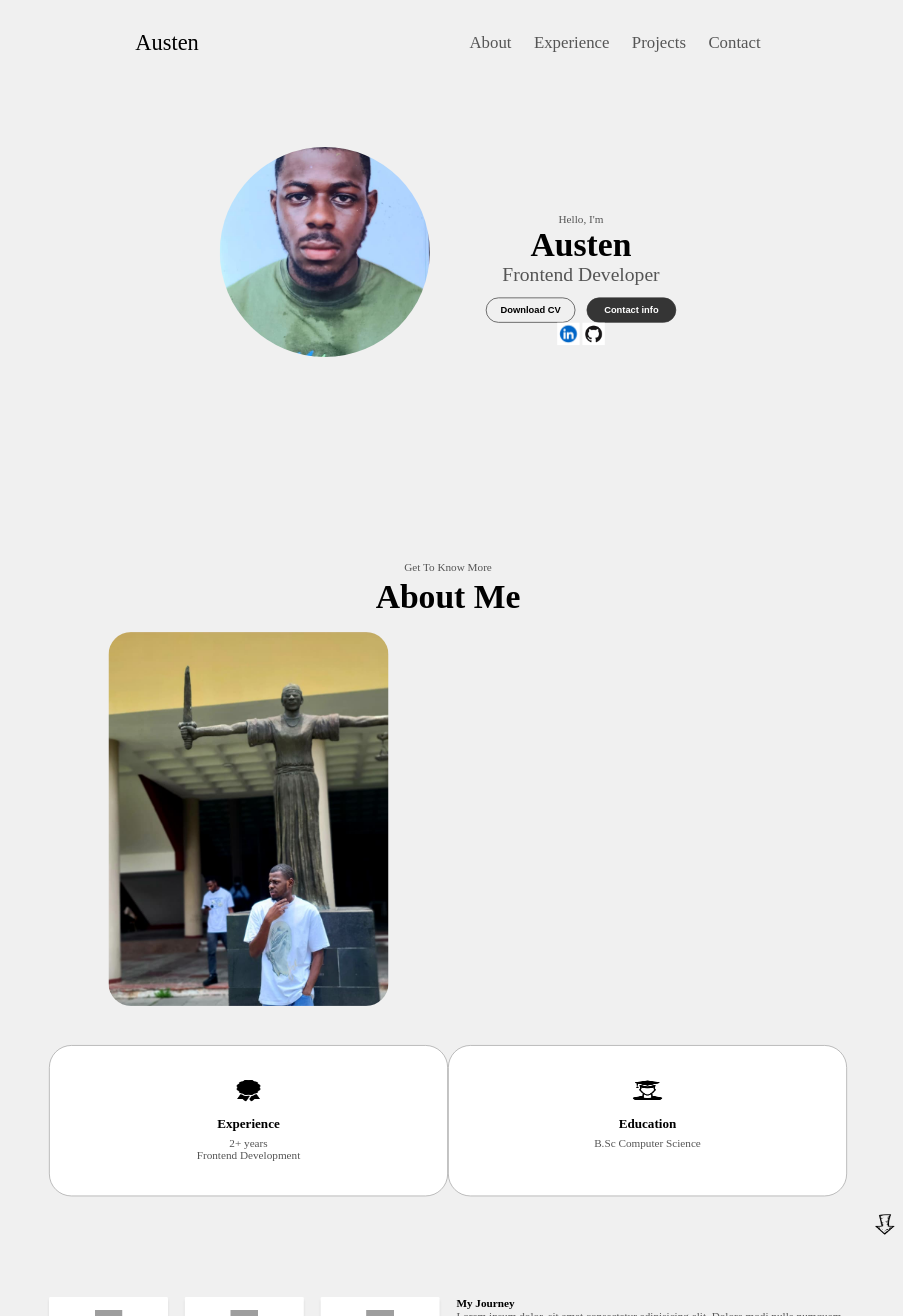
Repository: Austinokezie/Myportfolio
Page: index.html
The author's editor kept a copy of each file at every save. The page is drawn from the files as they stood at one save, then again after the next save.
The browser window is 1280 px wide. The page is 1290 px wide, so the pictures cover 1290 px, including what lies to the right of the window. The pictures show the part of the page from y = 0 to 1880 px (the page is 4729 px tall before and 4844 px after), at 70% of full size.
Pictures or frames that could not be fetched are drawn as grey boxes. Some web fonts or font styles are not loaded; a fallback is used.

Above is the page before, as saved 2025-10-08 15:29:21.

### index.html
<!DOCTYPE html>
<html lang="en">
<head>
    <meta charset="UTF-8">
    <meta name="viewport" content="width=device-width, initial-scale=1.0">
    <title>My Portfolio</title>
    <link rel="stylesheet" href="./style.css">
    <link rel="stylesheet" href="./mediaqueries.css">
    <link rel="stylesheet" href="./lib/css/bootstrap-grid.min.css">
    <link rel="stylesheet" href="./lib/js/bootstrap.bundle.min.js">
</head>
<body>
    <nav id="desktop-nav">
        <div class="logo">Austen</div>
        <div>
            <ul class="nav-links">
                <li><a href="#about"></a>About</li>
                <li><a href="#experience"></a>Experience</li>
                <li><a href="#projects"></a>Projects</li>
                <li><a href="#"></a>Contact</li>
            </ul>
        </div>

    </nav>
    <nav id="hamburger-nav">
        <div class="logo">Austen</div>
        <div class="hamburger-menu">
            <div class="hamburger-icon" onclick="toggleMenu()">
                <span></span>
                <span></span>
                <span></span>
            </div>
            <div class="menu-links">
               <li><a href="#about" onclick="toggleMenu()"></a>About</li>
                <li><a href="#Experience" onclick="toggleMenu()"></a>Experience</li>
                <li><a href="#projects" onclick="toggleMenu()"></a>Projects</li>
                <li><a href="#" onclick="toggleMenu()"></a>Contact</li>
            </div>

        </div>

    </nav>
    <div id="profile">
        <div class="section-pic-container">
            <img src="./Asset/WhatsApp Image 2025-08-16 at 03.11.00_47e76f2f.jpg" alt="Picture">

        </div>
        <div class="section-text">
            <div class="section-text-p1">
                <div class="intro-con">
                    <p class="greet">Hello, I'm </p>
                    <h1 class="title">Austen</h1>
                    <p class="section-text-p2">Frontend Developer</p>

                </div>

                <div class="btn-container">
                    <button class="btn btn-color-2" onclick="window.open('./Asset/AUSTIN EMERENINI')">Download CV</button>
                    <button class="btn btn-color-1" onclick="location.href='./contact'">Contact info</button>
                </div>
                <div id="socials-container">
                    <img src="./Asset/Download Linkedin logo png, Linkedin logo transparent png, Linkedin icon transparent free png.jpeg"
                     alt="My linkedIn"
                     class="icon"
                     onclick="location.href= 'https://www.linkedin.com/in/austin-okezie?utm_source=share&utm_campaign=share_via&utm_content=profile&utm_medium=android_app'" >
                    <img src="./Asset/Build software better, together.jpeg"
                     alt="github"
                     class="icon"
                     onclick="location.href=''"
                    >
                </div>
            </div>
        </div>
    </div>
    <section id="about" class="container py-5">
           <!-- Intro -->
       <div class="about-intro text-center mb-4">
           <p class="section_text_p1 text-uppercase text-muted mb-1">Get To Know More</p>
           <h1 class="title fw-bold">About Me</h1>
       </div>

      <!-- Section Container -->


      <div class="col-12">


       <div class="section_container row align-items-center g-4">
            <!-- Image -->
          <div class="section__pic-container col-lg-6 col-md-5 order-1 order-md-1 text-center">
               <img
                 src="./Asset/Solo pic1.jpg"
                 alt="profile pic1"
                 class="about-pic img-fluid rounded-3 shadow-sm"
                >
           </div>

           <!-- Details -->
           <div class="about-details-container order-2 order-md-2">
                <div class="about-containers row g-4 justify-content-center text-center">

                 <!-- Experience -->
                   <div class="details-container col-lg-6 col-sm-6">
                       <div class="p-4 border rounded-3 h-100 bg-light shadow-sm">
                           <img
                              src="./Asset/icons8-award-50.png"
                              alt="Experience icon"
                               class="icon img-fluid mb-3"
                               style="width: 50px;"
                            >
                           <h3 class="fw-semibold mb-2">Experience</h3>
                           <p class="mb-0">2+ years <br> Frontend Development</p>
                      </div>
                  </div>

                   <!-- Education -->
                  <div class="details-container col-lg-6 col-sm-6">
                       <div class="p-4 border rounded-3 h-100 bg-light shadow-sm">
                           <img
                               src="./Asset/icons8-graduation-64.png"
                               alt="Education Icon"
                              class="icon img-fluid mb-3"
                              style="width: 50px;"
                            >
                           <h3 class="fw-semibold mb-2">Education</h3>
                            <p class="mb-0">B.Sc Computer Science</p>
                        </div>
                   </div>
                   <!-- About Text -->
                   <!-- <div class="text-container mt-4">
                      <p class="text-secondary lh-lg px-2 px-md-0">
                           Lorem ipsum dolor sit amet consectetur adipisicing elit. Optio
                          tenetur asperiores earum explicabo veritatis sit natus fugit!
                          Corrupti culpa error et! Ducimus architecto quisquam assumenda quos error,
                          dignissimos tempora ad iusto magni itaque provident repellat odio
                          aliquam animi, tenetur esse non! Perspiciatis non sit natus rem in,
                         eveniet sapiente maiores.
                        </p>
                   </div> -->
                </div>
            </div>
       </div>
     </div>


         <!-- Arrow -->
        <div class="text-center mt-5">
           <img
             src="./Asset/icons8-arrow-down-100.png"
             alt="arrow icon"
             class="icon arrow img-fluid"
             style="width: 50px; cursor: pointer;"
             onclick="location.href='./experience'"
            >
       </div>
   </section>


    <!-- <section id="experience">
        <p class="section_text_p1">Explore My</p>
        <h1 class="title">Experience</h1>
        <div class="experience-details-container">
            <div class="about-containers">
                <div class="details-container">
                    <h2 class="experience-sub-title">Frontend Development</h2>
                    <div class="article-container">
                        <article>
                            <img src="./Asset/icons8-instagram-check-mark-50.png" alt="experience-icon"
                             class="icon"
                            >
                            <div>
                                <h3>HTML</h3>
                                <P>Experienced</P>
                            </div>
                        </article>
                        <article>
                            <img src="./Asset/icons8-instagram-check-mark-50.png" alt="experience-icon"
                             class="icon"
                            >
                            <div>
                                <h3>CSS</h3>
                                <P>Experienced</P>
                            </div>
                        </article>
                        <article>
                            <img src="./Asset/icons8-instagram-check-mark-50.png" alt="experience-icon"
                             class="icon"
                            >
                            <div>
                                <h3>SASS</h3>
                                <P>Experienced</P>
                            </div>
                        </article>
                        <article>
                            <img src="./Asset/icons8-instagram-check-mark-50.png" alt="experience-icon"
                             class="icon"
                            >
                            <div>
                                <h3>Javascript</h3>
                                <P>Basic</P>
                            </div>
                        </article>
                        <article>
                            <img src="./Asset/icons8-loading-48.png" alt="experience-icon"
                             class="icon"
                            >
                            <div>
                                <h3>Typescript</h3>
                                <P>Basic</P>
                            </div>
                        </article>
                        <article>
                            <img src="./Asset/icons8-instagram-check-mark-50.png" alt="experience-icon"
                             class="icon"
                            >
                            <div>
                                <h3>Material UI</h3>
                                <P>Basic</P>
                            </div>
                        </article>

                    </div>

                </div>
                <div class="details-container">
                    <h2 class="experience-sub-title">Backend Development</h2>
                    <div class="article-container">
                        <article>
                            <img src="/Asset/icons8-loading-48.png" alt="experience-icon"
                             class="icon"
                            >
                            <div>
                                <h3>PostgreSQL</h3>
                                <P>Beginner</P>
                            </div>
                        </article>
                        <article>
                            <img src="./Asset/icons8-loading-48.png" alt="experience-icon"
                             class="icon"
                            >
                            <div>
                                <h3>Node</h3>
                                <P>Basic</P>
                            </div>
                        </article>
                        <article>
                            <img src="./Asset/icons8-loading-48.png" alt="experience-icon"
                             class="icon"
                            >
                            <div>
                                <h3>Express JS</h3>
                                <P>Beginner</P>
                            </div>
                        </article>
                        <article>
                            <img src="./Asset/icons8-loading-48.png" alt="experience-icon"
                             class="icon"
                            >
                            <div>
                                <h3>Git</h3>
                                <P>Basic</P>
                            </div>
                        </article>

                    </div>

                </div>
            </div>
        </div>

        <img src="./Asset/icons8-arrow-down-100.png" alt="arrow icon"
           class="icon arrow"
           onclick="location.href= './experience'"
        >


    </section> -->
    <div class="container py-5">
        <!-- skills layout -->
        <div class="row g-4 ">
            <!-- Skills grid -->
            <div class="col-lg-6">
                <div class=" row g-4">
                    <div class="col-4">
                        <div class="skill-card">
                           <img src="https://devicon-website.vercel.app/api/react/original-wordmark.svg" alt="React">
                           <span>React</span>

                        </div>
                    </div>
                    <div class="col-4">
                         <div class="skill-card">
                           <img src="https://devicon-website.vercel.app/api/tailwindcss/original-wordmark.svg" alt="Tailwind">
                           <span>Tailwind</span>
                        </div>
                    </div>
                    <div class="col-4">
                         <div class="skill-card">
                          <img src="https://devicon-website.vercel.app/api/javascript/original.svg" alt="Javascript">
                           <span>Javascript</span>
                        </div>
                    </div>
                     <div class="col-4">
                         <div class="skill-card">
                           <img src="https://devicon-website.vercel.app/api/html5/original.svg" alt="HTML">
                           <span>HTML</span>
                        </div>
                    </div>
                    <div class="col-4">
                         <div class="skill-card">
                           <img src="https://devicon-website.vercel.app/api/css3/original.svg" alt="Css">
                           <span>Css</span>
                        </div>
                    </div>
                    <div class="col-4">
                         <div class="skill-card">
                           <img src="https://devicon-website.vercel.app/api/bootstrap/original.svg" alt="Bootstrap">
                           <span>Bootstrap</span>
                        </div>
                    </div>
                    <div class="col-4">
                         <div class="skill-card">
                           <img src="https://devicon-website.vercel.app/api/github/original.svg" alt="Github">
                           <span>Github</span>
                        </div>
                    </div>


                </div>

            </div>
            <div class="col-lg-6  ">
                <div class="">
                    <h4 class="fw-bold text-center ">My Journey</h4>

                </div>


              <p>Lorem ipsum dolor, sit amet consectetur adipisicing elit. Dolore modi nulla numquam inventore fugiat consequatur at placeat, consectetur possimus? Reprehenderit repellat libero id ad est expedita rem mollitia commodi deleniti dolore. Officia.
              </p>

            </div>


        </div>


        </div>


    </div>
    <section id="projects">
        <div class="section-text-p1">Browse My Recent</div>
        <div class="title">Projects</div>
        <div class="experience-details-container">
            <div class="about-containers">
               <div class="details-container color-container">
                    <div class="article-container">
                      <img src="./Asset/Thrift store 2.png" alt="project 1" class="project-img">
                    </div>
                    <h2 class="experience-sub-title project-title">Thrift store</h2>
                    <div class="btn-container">
                      <button class="btn btn-color-2 project-btn" onclick="location.href=''">Github</button>
                       <button class="btn btn-color-2 project-btn" onclick="location.href=''">Live Demo</button>
                    </div>
                </div>
                <div class="details-container color-container">
                    <div class="article-container">
                      <img src="./Asset/chainpay jpg.png" alt="project 1" class="project-img">
                    </div>
                    <h2 class="experience-sub-title project-title">ChainPay</h2>
                    <div class="btn-container">
                      <button class="btn btn-color-2 project-btn" onclick="location.href=''">Github</button>
                      <button class="btn btn-color-2 project-btn" onclick="location.href=''">Live Demo</button>
                    </div>
                </div>
                <div class="details-container color-container">
                 <div class="article-container">
                    <img src="./Asset/Foodiegeeks.png" alt="project 1" class="project-img">
                 </div>
                  <h2 class="experience-sub-title project-title">Foodiegeeks</h2>
                 <div class="btn-container">
                   <button class="btn btn-color-2 project-btn" onclick="location.href=''">Github</button>
                   <button class="btn btn-color-2 project-btn" onclick="location.href=''">Live Demo</button>
                  </div>

                </div>

            </div>

            </div>

            </div>




            </div>

        </div>
        <img src="./Asset/icons8-arrow-down-100.png" alt="arrow icon"
           class="icon arrow"
           onclick="location.href= './experience'"
        >

    </section>

    <section id="contact">
        <p class="section_text_p1">Get in Touch</p>
        <h1 class="title">Contact Me</h1>
        <div class="contact-info-upper-container">
           <div class="contact-info-container">
              <img
               src="./Asset/icons8-email-48.png"
               alt="Email Icon"
               class="Icon contact-icon"
               />
              <p><a href="mailto:austinokezie25@gmail.com">austinokezie25@gmail.com</a></p>
            </div>


           <div class="contact-info-container">
             <img
             src="./Asset/icons8-linkedin-48.png"
             alt="linkedIn  Icon"
             class=" contact-icon"
             />
             <p><a href="mailto:austinokezie25@gmail.com">LinkedIn</a></p>
            </div>
        </div>


    </section>
    <footer>

       <nav>
        <div class="nav-links-container">
            <ul class="nav-links">
                <li><a href="#about"></a>About</li>
                <li><a href="#Experience"></a>Experience</li>
                <li><a href="#projects"></a>Projects</li>
                <li><a href="#"></a>Contact</li>

            </ul>
        </div>
       </nav>

       <p>Copyright &#169; 2025</p>
    </footer>











    <script src="./script.js"></script>
</body>
</html>

Loaded but not shown: lib/css/bootstrap-grid.min.css (library); lib/js/bootstrap.bundle.min.js (library); script.js (13 lines, source omitted); style.css (466 lines, source omitted); mediaqueries.css (empty)

After the next save:
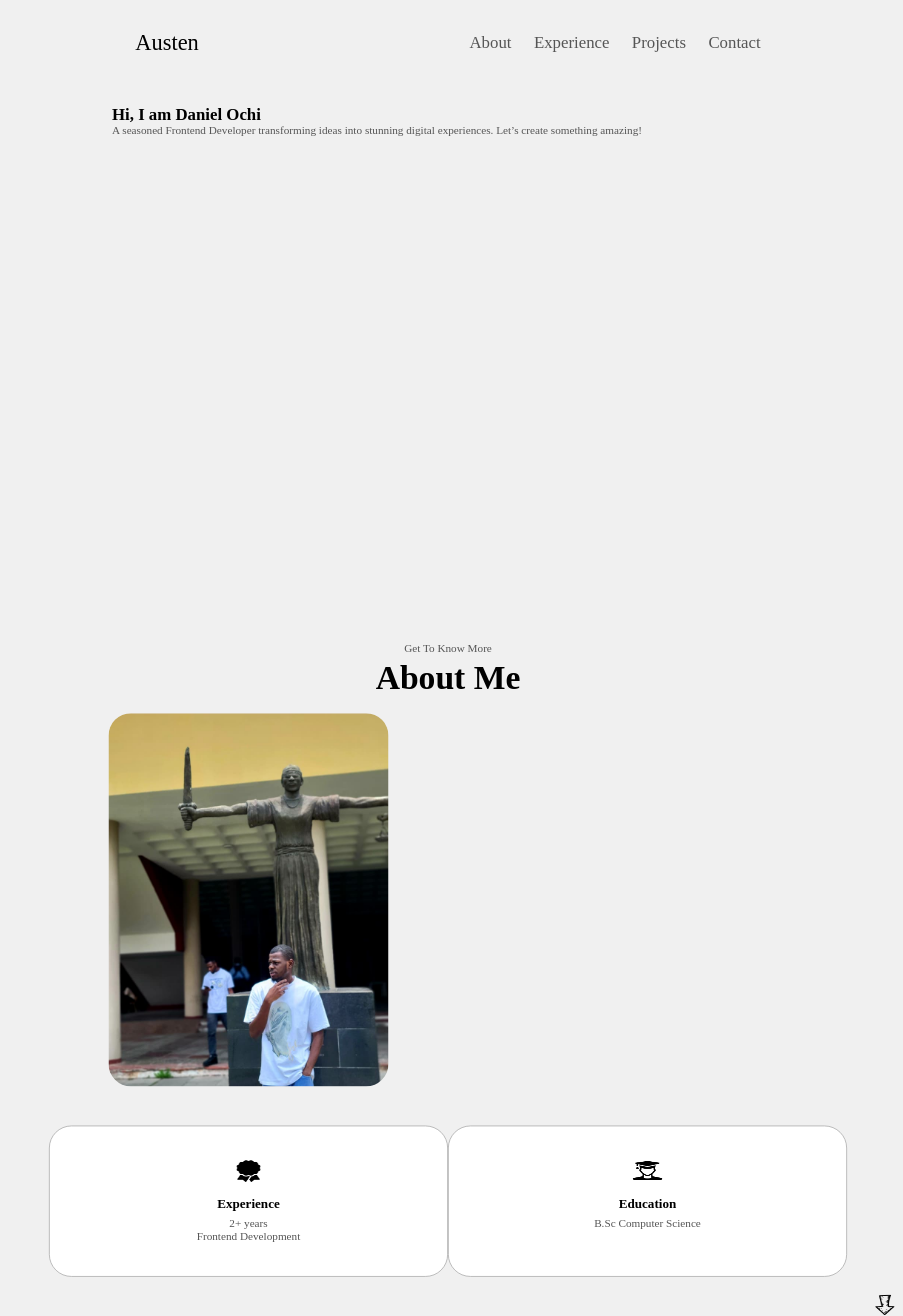
Saved 5 days later.
--- a/index.html
+++ b/index.html
@@ -40,38 +40,22 @@
         </div>
 
     </nav>
-    <div id="profile">
-        <div class="section-pic-container">
-            <img src="./Asset/WhatsApp Image 2025-08-16 at 03.11.00_47e76f2f.jpg" alt="Picture">
-
-        </div>
-        <div class="section-text">
-            <div class="section-text-p1">
-                <div class="intro-con">
-                    <p class="greet">Hello, I'm </p>
-                    <h1 class="title">Austen</h1>
-                    <p class="section-text-p2">Frontend Developer</p>
-
-                </div>
-
-                <div class="btn-container">
-                    <button class="btn btn-color-2" onclick="window.open('./Asset/AUSTIN EMERENINI')">Download CV</button>
-                    <button class="btn btn-color-1" onclick="location.href='./contact'">Contact info</button>
-                </div>
-                <div id="socials-container">
-                    <img src="./Asset/Download Linkedin logo png, Linkedin logo transparent png, Linkedin icon transparent free png.jpeg"
-                     alt="My linkedIn"
-                     class="icon"
-                     onclick="location.href= 'https://www.linkedin.com/in/austin-okezie?utm_source=share&utm_campaign=share_via&utm_content=profile&utm_medium=android_app'" >
-                    <img src="./Asset/Build software better, together.jpeg"
-                     alt="github"
-                     class="icon"
-                     onclick="location.href=''"
-                    >
-                </div>
-            </div>
-        </div>
-    </div>
+   <section class="intro">
+      <div class="intro-content">
+         <h1>Hi, I am <span>Daniel Ochi</span></h1>
+           <p>
+              A seasoned <span class="highlight">Frontend Developer</span> transforming ideas into
+              stunning digital experiences. Let’s create something amazing!
+           </p>
+
+          <div class="social-links">
+              <a href="#" title="GitHub"><i class="fab fa-github"></i></a>
+              <a href="#" title="Medium"><i class="fab fa-medium"></i></a>
+              <a href="#" title="LinkedIn"><i class="fab fa-linkedin"></i></a>
+             <a href="#" title="Twitter"><i class="fab fa-twitter"></i></a>
+          </div>
+       </div>
+    </section>
     <section id="about" class="container py-5">
            <!-- Intro -->
        <div class="about-intro text-center mb-4">
